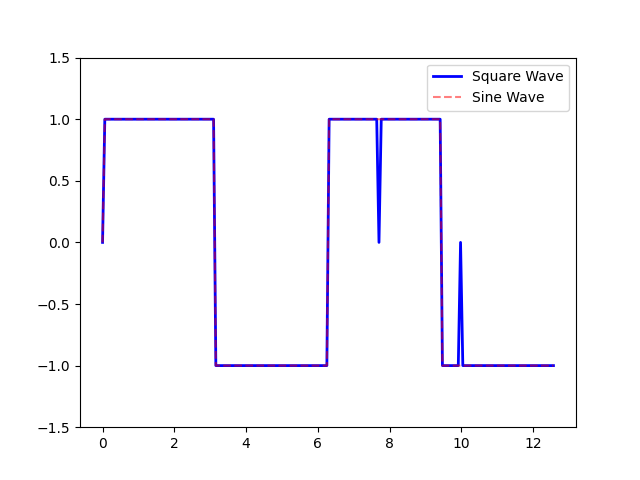
Repository: khulqu15/drone_smc_copppelia
Script's output: python py/realtime.py
These files come from the project's save history. The script's output is drawn as it stood at one moment and after the next save; the edit follows.
Animations are shown at an early frame. Random numbers start from a fixed seed.

Above is the script's output before, as saved 2024-06-24 00:31:34.

### py/realtime.py
import numpy as np
import matplotlib.pyplot as plt
from matplotlib.animation import FuncAnimation

x_len = 200
y_range = [-1.5, 1.5]

fig, ax = plt.subplots()
xs = np.linspace(0, 4 * np.pi, x_len)
ys = np.sin(xs)
square_ys = np.sign(ys)
ax.set_ylim(y_range)

line, = ax.plot(xs, square_ys, 'b-', linewidth=2, label='Square Wave')
sine_line, = ax.plot(xs, ys, 'r--', alpha=0.5, label='Sine Wave')
ax.legend()

def introduce_faults(square_wave, fault_probability=0.05, fault_amplitude=0):
    fault_indices = np.random.rand(len(square_wave)) < fault_probability
    square_wave[fault_indices] = fault_amplitude
    return square_wave

def update(frame):
    ys = np.sin(xs + frame / 10)
    square_ys = np.sign(ys)
    faulty_square_ys = introduce_faults(square_ys.copy(), fault_probability=0.01, fault_amplitude=0)

    line.set_ydata(faulty_square_ys)
    sine_line.set_ydata(square_ys)
    return line, sine_line

ani = FuncAnimation(fig, update, frames=np.arange(0, 400, 1), interval=50, blit=False)
plt.show()

After the next save:
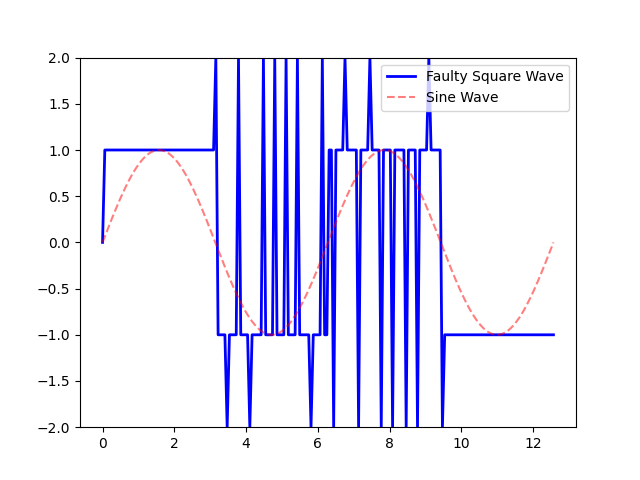
Saved 5 min 51 s later.
--- a/py/realtime.py
+++ b/py/realtime.py
@@ -2,32 +2,38 @@ import numpy as np
 import matplotlib.pyplot as plt
 from matplotlib.animation import FuncAnimation
 
+# Parameters
 x_len = 200
-y_range = [-1.5, 1.5]
+y_range = [-2, 2]  # Updated range to accommodate faults
 
+# Create the plot
 fig, ax = plt.subplots()
 xs = np.linspace(0, 4 * np.pi, x_len)
 ys = np.sin(xs)
 square_ys = np.sign(ys)
+
+# Introduce a fixed fault in the square wave at specific indices
+fault_indices = np.linspace(50, 150, 20, dtype=int)  # Example fault indices
+fault_values = np.random.choice([-2, 2], size=fault_indices.size)  # Fault values at -2 or 2 for visibility
+
+for i, idx in enumerate(fault_indices):
+    square_ys[idx] = fault_values[i]
+
+# Set plot limits and add the lines
 ax.set_ylim(y_range)
-
-line, = ax.plot(xs, square_ys, 'b-', linewidth=2, label='Square Wave')
+line, = ax.plot(xs, square_ys, 'b-', linewidth=2, label='Faulty Square Wave')
 sine_line, = ax.plot(xs, ys, 'r--', alpha=0.5, label='Sine Wave')
 ax.legend()
 
-def introduce_faults(square_wave, fault_probability=0.05, fault_amplitude=0):
-    fault_indices = np.random.rand(len(square_wave)) < fault_probability
-    square_wave[fault_indices] = fault_amplitude
-    return square_wave
+# Define the update function for the animation
+def update(frame):
+    # Update sine wave with the time offset
+    ys = np.sin(xs + frame / 10)
+    sine_line.set_ydata(ys)
 
-def update(frame):
-    ys = np.sin(xs + frame / 10)
-    square_ys = np.sign(ys)
-    faulty_square_ys = introduce_faults(square_ys.copy(), fault_probability=0.01, fault_amplitude=0)
-
-    line.set_ydata(faulty_square_ys)
-    sine_line.set_ydata(square_ys)
+    # The square wave with faults remains static
     return line, sine_line
 
+# Set up plot to call update() function periodically
 ani = FuncAnimation(fig, update, frames=np.arange(0, 400, 1), interval=50, blit=False)
 plt.show()
